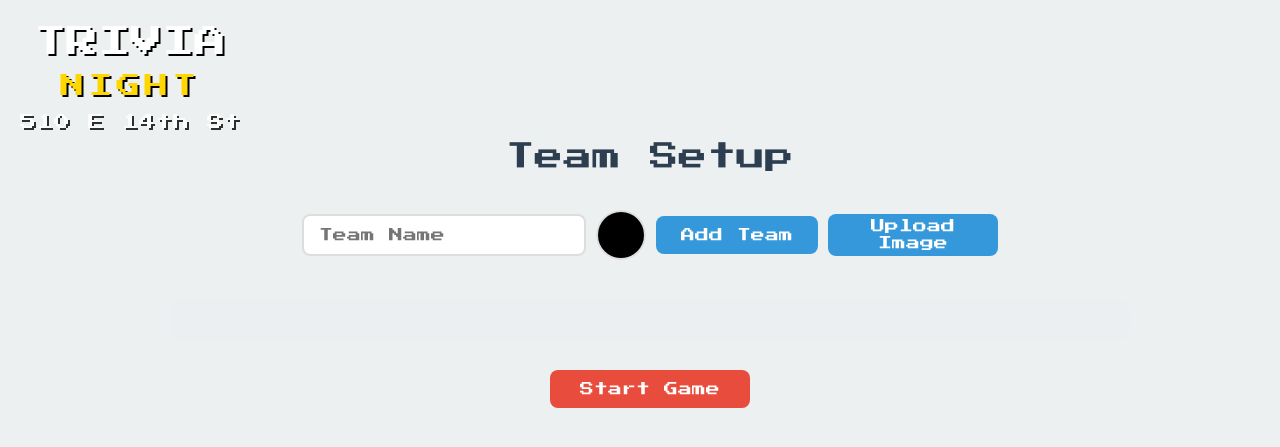
Repository: oscarfco/oscarfco.github.io
Page: projects/trivia_night/index.html
The author's editor kept a copy of each file at every save. The page is drawn from the files as they stood at one save, then again after the next save.
The browser window is 1280 px wide. The pictures show the whole page.

Above is the page before, as saved 2025-01-26 01:41:35.

After the next save:
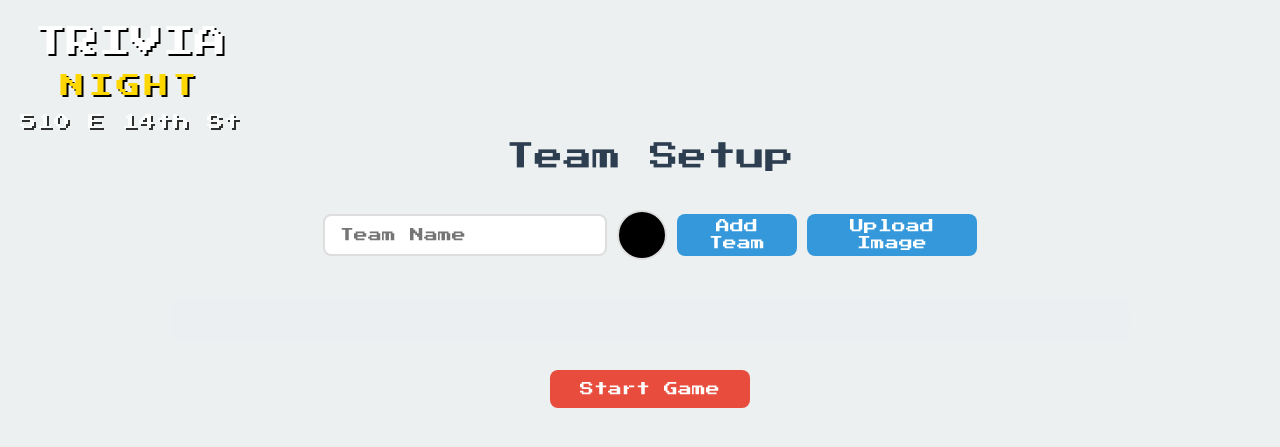
Saved 30 s later.
--- a/projects/trivia_night/index.html
+++ b/projects/trivia_night/index.html
@@ -958,6 +958,20 @@
             text-align: center;
             color: #fff;
             text-shadow: 2px 2px 0px #000;
+        }
+
+        button[onclick="addTeam()"] {
+            background-color: var(--secondary-color);
+            color: white;
+            padding: 4px 25px;  /* Match the upload button padding */
+            border-radius: var(--border-radius);
+            cursor: pointer;
+            font-size: 14px;
+            font-weight: 500;
+            transition: all 0.3s ease;
+            width: 120px;
+            text-align: center;
+            line-height: 1.2;
         }
     </style>
 </head>
